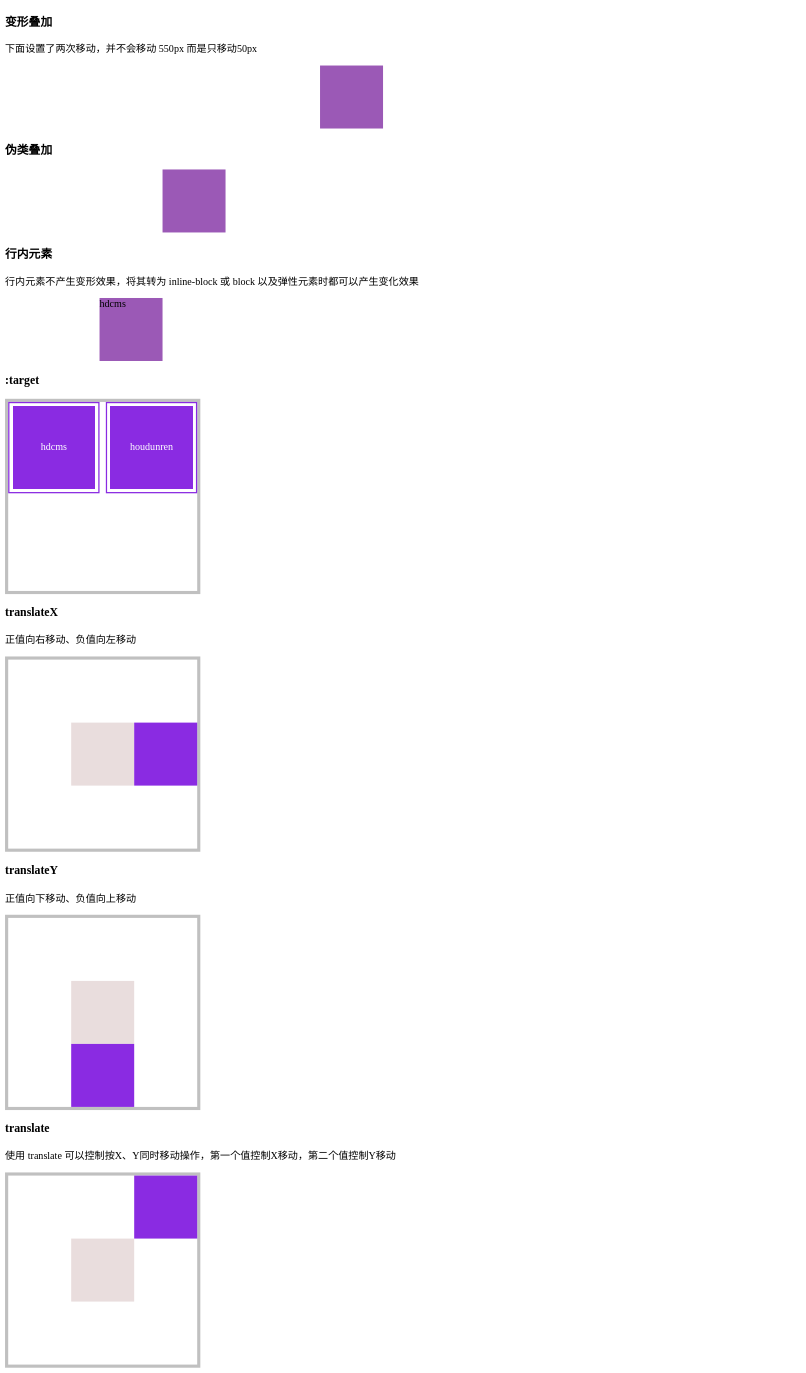
Repository: Aissd/animateDemo
Page: translate.html
These files come from the project's save history. The page is drawn as it stood at one moment and after the next save; the edit follows.
The browser window is 1280 px wide. The pictures show the whole page, at 63% of full size.

Above is the page before, as saved 2020-05-11 22:17:41.

### translate.html
<!DOCTYPE html>
<html lang="en">
<head>
    <meta charset="UTF-8">
    <meta name="viewport" content="width=device-width, initial-scale=1.0">
    <title>变形动画</title>
    <link rel="stylesheet" href="./css/translate.css" />
</head>
<body>
    <div class="container">
        <section class="demo-section">
            <h3>变形叠加</h3>
            <p>下面设置了两次移动，并不会移动 550px 而是只移动50px</p>
            <div class="demo01"></div>
        </section>

        <section class="demo-section">
            <h3>伪类叠加</h3>
            <div class="demo02"></div>
        </section>

        <section class="demo-section">
            <h3>行内元素</h3>
            <p>行内元素不产生变形效果，将其转为 inline-block 或 block 以及弹性元素时都可以产生变化效果</p>
            <span class="demo03">hdcms</span>
        </section>

        <section class="demo-section">
            <h3>:target</h3>
            <article class="demo04">
                <div>
                    <a href="#hdcms">hdcms</a>
                    <aside id="hdcms">内容管理系统</aside>
                </div>
                <div>
                    <a href="#houdunren">houdunren</a>
                    <aside id="houdunren">在线社区</aside>
                </div>
            </article>
        </section>

        <section class="demo-section">
            <h3>translateX</h3>
            <p>正值向右移动、负值向左移动</p>
            <article class="demo05">
                <div></div>
                <div></div>
            </article>
        </section>

        <section class="demo-section">
            <h3>translateY</h3>
            <p>正值向下移动、负值向上移动</p>
            <article class="demo06">
                <div></div>
                <div></div>
            </article>
        </section>

        <section class="demo-section">
            <h3>translate</h3>
            <p>使用 translate 可以控制按X、Y同时移动操作，第一个值控制X移动，第二个值控制Y移动</p>
            <article class="demo07">
                <div></div>
                <div></div>
            </article>
        </section>
    </div>
</body>
</html>

### css/translate.css
.demo01 {
    transform: translateX(500px);
    width: 100px;
    height: 100px;
    background: #9b59b6;
}

.demo01:nth-child(1) {
    transform: translateX(50px);
}

.demo02 {
    transition: 2s;
    transform: translateX(200px) translateX(50px);
    width: 100px;
    height: 100px;
    background: #9b59b6;
    transition: 2s;
}

.demo02:hover {
    transform: translateX(100px);
}

.demo03 {
    display: inline-block; /* 去掉这行就失效了 */
    transition: 2s;
    transform: translateX(100px) translateX(50px);
    width: 100px;
    height: 100px;
    background: #9b59b6;
    transition: 2s;
}

.demo03:hover {
    transform: translateX(100px);
}

.demo04 {
    width: 300px;
    height: 300px;
    display: grid;
    gap: 10px;
    grid-template-columns: repeat(2, 1fr);
    grid-template-rows: repeat(2, 1fr);
    position: relative;
    border: 5px solid silver;
    color: #fff;
}

.demo04 div a {
    color: #fff;
    text-decoration: none;
}

.demo04 div,
.demo04 div aside {
    background: blueviolet;
    background-clip: content-box;
    padding: 5px;
    border: solid 2px blueviolet;
    box-sizing: border-box;
    display: flex;
    justify-content: center;
    align-items: center;
    position: relative;
}

.demo04 div aside {
    position: absolute;
    display: none;
    width: 100px;
    height: 100px;
}

.demo04 aside:target {
    display: block;
    transform: translateY(150px);
    box-shadow: 0 0 10px #ddd;
}

.demo05 {
    width: 300px;
    height: 300px;
    position: relative;
    border: solid 5px silver;
}

.demo05 div {
    width: 100px;
    height: 100px;
    background: blueviolet;
    box-sizing: border-box;
    position: absolute;
    left: 50%;
    margin-left: -50px;
    top: 50%;
    margin-top: -50px;
}

.demo05 div:nth-child(1) {
    background: #e9dddd;
}

.demo05 div:nth-child(2) {
    transform: translateX(100px);
}

.demo06 {
    width: 300px;
    height: 300px;
    position: relative;
    border: solid 5px silver;
}

.demo06 div {
    width: 100px;
    height: 100px;
    background: blueviolet;
    box-sizing: border-box;
    position: absolute;
    left: 50%;
    margin-left: -50px;
    top: 50%;
    margin-top: -50px;
}

.demo06 div:nth-child(1) {
    background: #e9dddd;
}

.demo06 div:nth-child(2) {
	transform: translateY(100px);
}

.demo07 {
    width: 300px;
    height: 300px;
    position: relative;
    border: solid 5px silver;
}

.demo07 div {
    width: 100px;
    height: 100px;
    background: blueviolet;
    box-sizing: border-box;
    position: absolute;
    left: 50%;
    margin-left: -50px;
    top: 50%;
    margin-top: -50px;
}

.demo07 div:nth-child(1) {
    background: #e9dddd;
}

.demo07 div:nth-child(2) {
	transform: translate(100px, -100px);
}

After the next save:
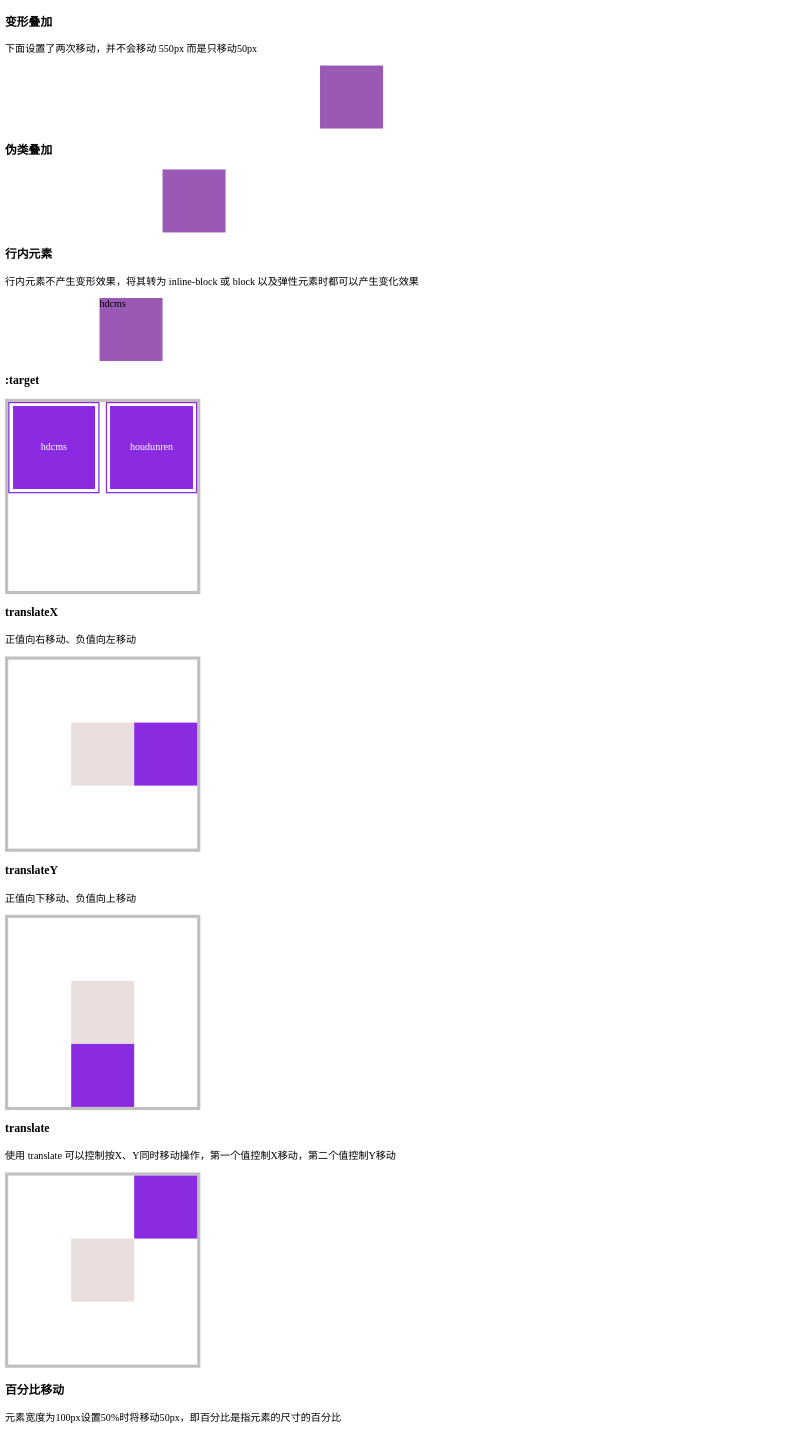
Saved 86 s later.
--- a/translate.html
+++ b/translate.html
@@ -65,6 +65,15 @@
                 <div></div>
             </article>
         </section>
+
+        <section class="demo-section">
+            <h3>百分比移动</h3>
+            <p>元素宽度为100px设置50%时将移动50px，即百分比是指元素的尺寸的百分比</p>
+            <article class="demo08">
+                <div></div>
+                <div></div>
+            </article>
+        </section>
     </div>
 </body>
 </html>
